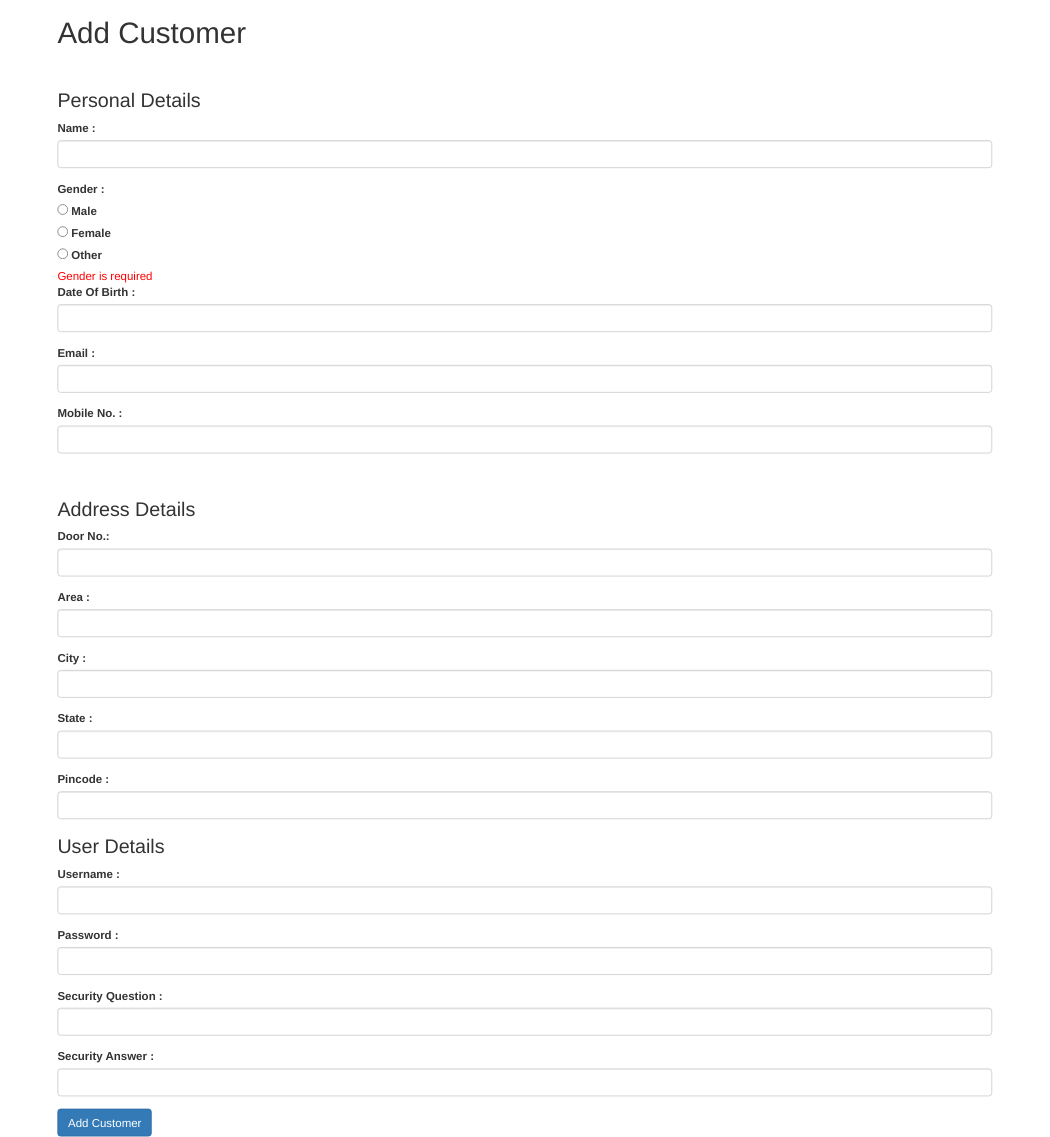
Repository: Shubham-Gawade/SpringHibernateTraining
Page: http://localhost/xorbankonline/WEB-INF/pages/addcustomer.jsp
The author's editor kept a copy of each file at every save. The page is drawn from the files as they stood at one save, then again after the next save.
The browser window is 1280 px wide. The pictures show the whole page, at 82% of full size.
The page is served by Tomcat 9. Nobody is signed in. Other server files are loaded and not shown. The template is opened directly, without the code that normally fills it, so the values that code supplies are empty.

Above is the page before, as saved 2021-10-07 04:57:06.

### xorbankonline/src/main/webapp/WEB-INF/pages/addcustomer.jsp
<%@ page language="java" contentType="text/html; charset=ISO-8859-1"
	pageEncoding="ISO-8859-1"%>
<%@ taglib prefix="form" uri="http://www.springframework.org/tags/form"%>
<!DOCTYPE html>
<html>
<head>
<meta charset="ISO-8859-1">
<title>Insert title here</title>
<link rel="stylesheet"
	href="https://maxcdn.bootstrapcdn.com/bootstrap/3.3.7/css/bootstrap.min.css">
</head>
<body class="container">
	<h1>Add Customer</h1>
	<form:form action="addcustomer" method="post"
		modelAttribute="customerObj">
		<br />
		<h3>Personal Details</h3>
		<div class="form-group">
			<label for="name">Name :</label>
			<form:input type="text" path="personName" class="form-control"
				name="name" />
		</div>
        <label >Gender :</label>
        <div class="form-check form-check-inline">
            <input class="form-check-input" type="radio" name="inlineRadioOptions" formControlName="gender" name="gender" value="male">
            <label class="form-check-label" >Male</label>
        </div>
        <div class="form-check form-check-inline">
            <input class="form-check-input" type="radio" name="inlineRadioOptions" formControlName="gender" name="gender" value="female">
            <label class="form-check-label" >Female</label>
        </div>
        <div class="form-check form-check-inline">
            <input class="form-check-input" type="radio" name="inlineRadioOptions" formControlName="gender" name="gender" value="other">
            <label class="form-check-label" >Other</label>
        </div>
        <div *ngIf="addForm.gender.invalid && addForm.gender.touched" style="color: red;">
            Gender is required
        </div>
		<div class="form-group">
			<label for="dateOfBirth">Date Of Birth :</label> <input type="text"
				class="form-control" name="dateOfBirth">
		</div>
		<div class="form-group">
			<label for="emailId">Email :</label>
			<form:input type="email" class="form-control" path="emailId"
				name="emailId" />
		</div>
		<div class="form-group">
			<label for="email">Mobile No. :</label>
			<form:input type="number" class="form-control" path="mobileNo"
				name="mobileNo" />
		</div>

		<br />
		<h3>Address Details</h3>
		<div class="form-group">
			<label for="doorNo">Door No.:</label>
			<form:input type="text" class="form-control" path="address.doorNo"
				name="doorNo" />
		</div>
		<div class="form-group">
			<label for="area">Area :</label>
			<form:input type="text" class="form-control" path="address.area"
				name="area" />
		</div>
		<div class="form-group">
			<label for="city">City :</label>
			<form:input type="text" class="form-control" path="address.city"
				name="city" />
		</div>
		<div class="form-group">
			<label for="state">State :</label>
			<form:input type="text" class="form-control" path="address.state"
				name="state" />
		</div>
		<div class="form-group">
			<label for="pincode">Pincode :</label>
			<form:input type="text" class="form-control" path="address.pincode"
				name="pincode" />
		</div>

		<h3>User Details</h3>
		<div class="form-group">
			<label for="userName">Username :</label>
			<form:input type="text" class="form-control" path="user.userName"
				name="userName" />
		</div>
		<div class="form-group">
			<label for="password">Password :</label>
			<form:input type="text" class="form-control" path="user.password"
				name="password" />
		</div>
		<div class="form-group">
			<label for="securityQuestion">Security Question :</label>
			<form:input type="text" class="form-control"
				path="user.securityQuestion" name="securityQuestion" />
		</div>
		<div class="form-group">
			<label for="securityAnswer">Security Answer :</label>
			<form:input type="text" class="form-control"
				path="user.securityAnswer" name="securityAnswer" />
		</div>
		<input class="btn btn-primary" type="submit" value="Add Customer" />
	</form:form>
</body>
</html>

After the next save:
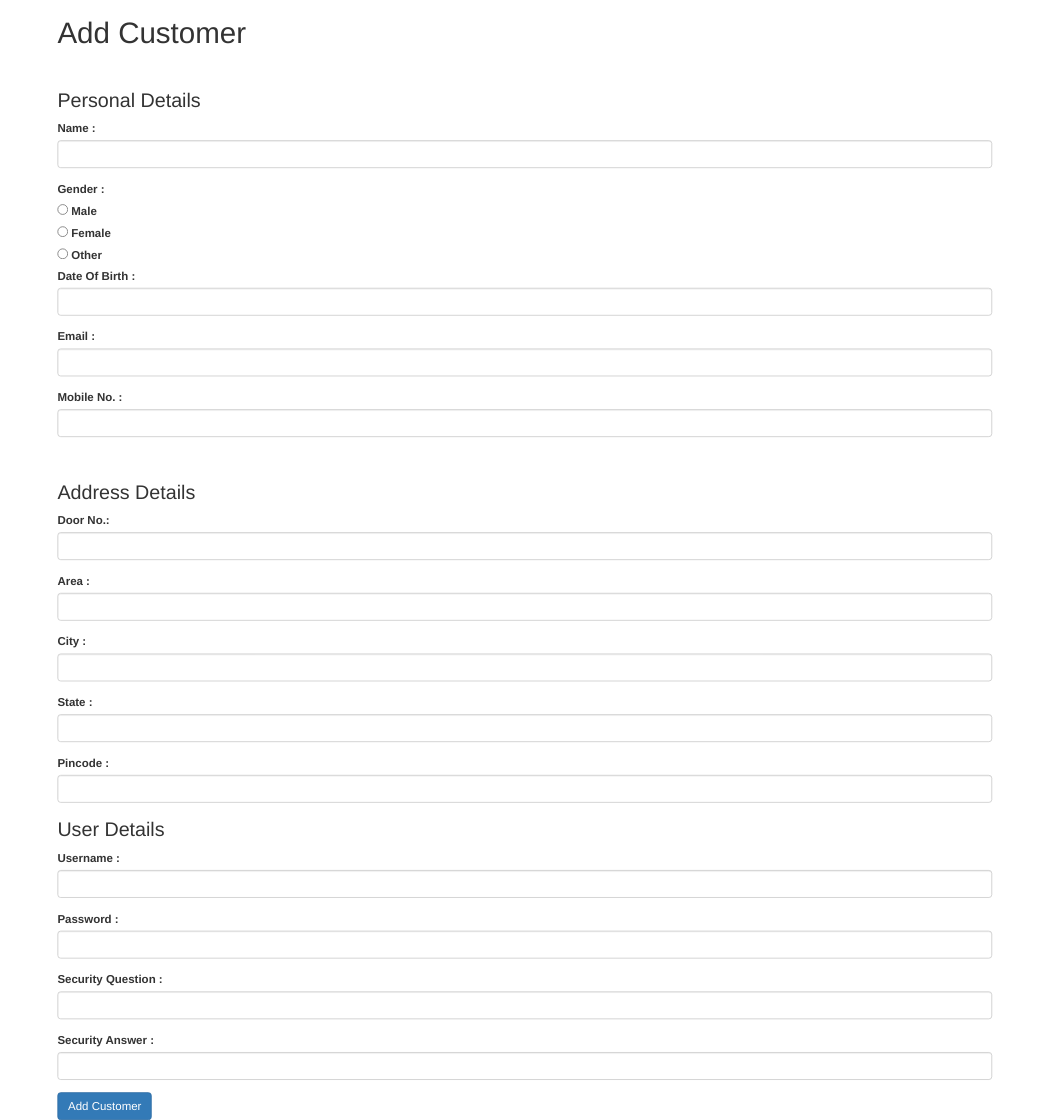
Saved 18 s later.
--- a/xorbankonline/src/main/webapp/WEB-INF/pages/addcustomer.jsp
+++ b/xorbankonline/src/main/webapp/WEB-INF/pages/addcustomer.jsp
@@ -22,19 +22,16 @@
 		</div>
         <label >Gender :</label>
         <div class="form-check form-check-inline">
-            <input class="form-check-input" type="radio" name="inlineRadioOptions" formControlName="gender" name="gender" value="male">
+            <input class="form-check-input" type="radio" name="inlineRadioOptions" name="gender" value="male">
             <label class="form-check-label" >Male</label>
         </div>
         <div class="form-check form-check-inline">
-            <input class="form-check-input" type="radio" name="inlineRadioOptions" formControlName="gender" name="gender" value="female">
+            <input class="form-check-input" type="radio" name="inlineRadioOptions" name="gender" value="female">
             <label class="form-check-label" >Female</label>
         </div>
         <div class="form-check form-check-inline">
-            <input class="form-check-input" type="radio" name="inlineRadioOptions" formControlName="gender" name="gender" value="other">
+            <input class="form-check-input" type="radio" name="inlineRadioOptions" name="gender" value="other">
             <label class="form-check-label" >Other</label>
-        </div>
-        <div *ngIf="addForm.gender.invalid && addForm.gender.touched" style="color: red;">
-            Gender is required
         </div>
 		<div class="form-group">
 			<label for="dateOfBirth">Date Of Birth :</label> <input type="text"
